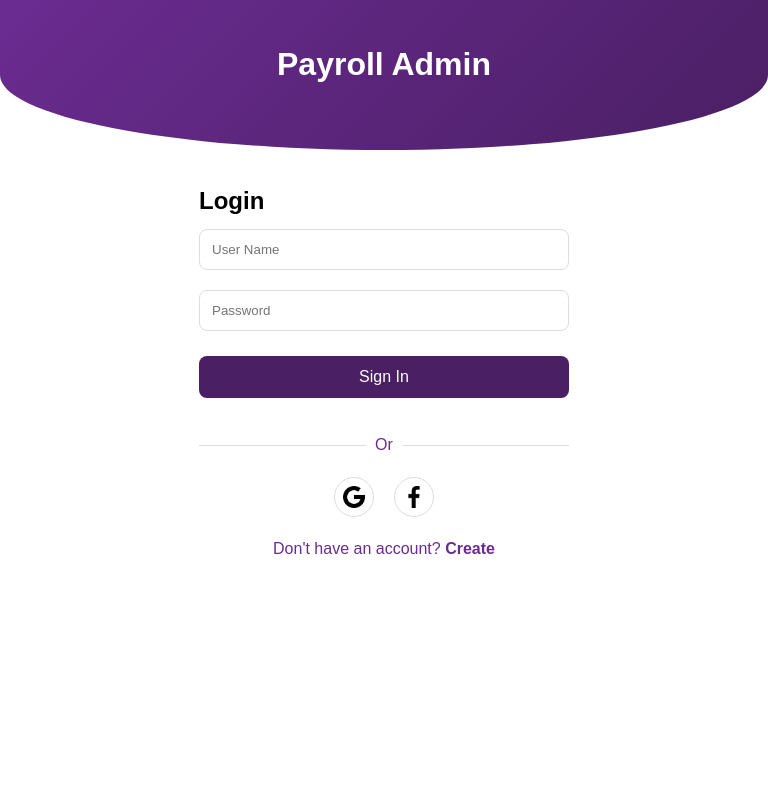
Repository: nino-pixel/payrolllatest
Page: / (app in web_vue/)
An editor plug-in stored every save of this project. The page is shown before and after the next save, followed by the edit.
The browser window is 768 px wide. The pictures show the whole page.
The project was rebuilt for these pictures with package versions that can differ from the ones it lists, and the page was loaded fresh each time. Also part of the build but not shown: web_vue/vite.config.js, web_vue/src/components/sign_up.vue, web_vue/src/components/dashboard.vue, web_vue/src/components/employee_management.vue, web_vue/src/components/attendance_management.vue, web_vue/src/components/generate_payroll.vue, web_vue/src/components/mark_attendance_manually.vue, web_vue/src/components/view_payment_history.vue and 2 more.

Above is the page before, as saved 2024-12-20 09:18:23.

After the next save:
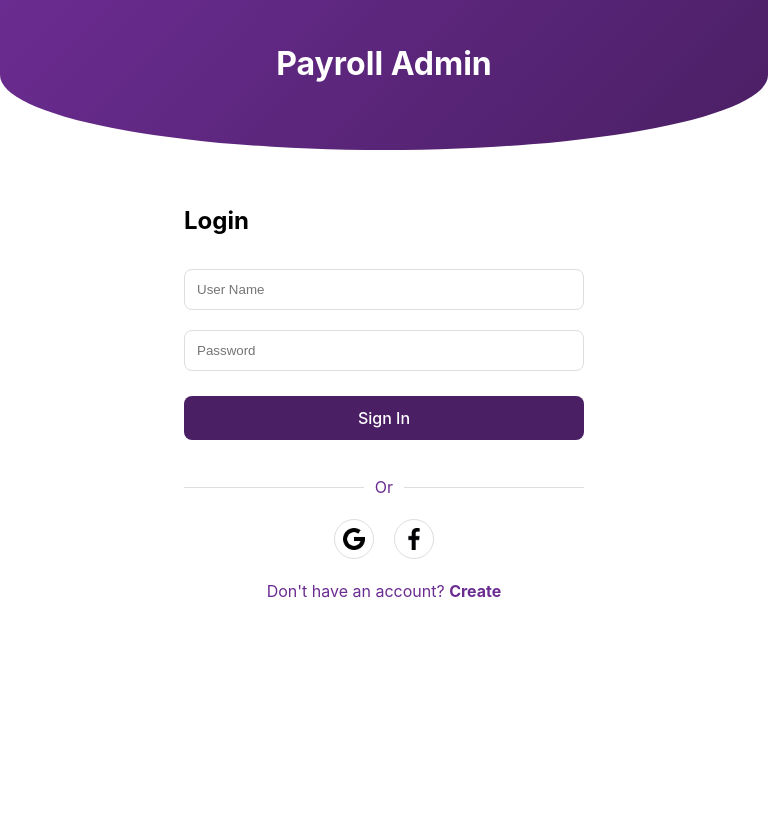
Saved 43 s later.
--- a/web_vue/src/App.vue
+++ b/web_vue/src/App.vue
@@ -22,77 +22,24 @@ export default {
   }
 }
 </script>
+
 <style>
-* {
-  margin: 0;
-  padding: 0;
-  box-sizing: border-box;
-}
-
 #app {
-  font-family: Arial, sans-serif;
-  -webkit-font-smoothing: antialiased;
-  -moz-osx-font-smoothing: grayscale;
   display: flex;
-  min-height: 100vh;
-  background: #f5f5f5;
 }
 
 .main-content {
   flex: 1;
-  min-height: 100vh;
   transition: margin-left 0.3s ease;
 }
 
-/* Add margin when sidebar is present */
 .main-content.with-sidebar {
-  margin-left: 250px; /* Same as sidebar width */
+  margin-left: 250px; /* Match your sidebar width */
 }
 
-/* Responsive adjustments */
 @media (max-width: 768px) {
   .main-content.with-sidebar {
-    margin-left: 60px; /* Same as collapsed sidebar width */
+    margin-left: 60px; /* Match your collapsed sidebar width */
   }
 }
-
-/* Global styles for consistent look */
-button {
-  cursor: pointer;
-}
-
-input, button {
-  font-family: inherit;
-}
-
-/* Transition effects */
-.fade-enter-active, .fade-leave-active {
-  transition: opacity 0.3s;
-}
-.fade-enter, .fade-leave-to {
-  opacity: 0;
-}
-
-/* Optional: Add scrollbar styling */
-::-webkit-scrollbar {
-  width: 8px;
-}
-
-::-webkit-scrollbar-track {
-  background: #f1f1f1;
-}
-
-::-webkit-scrollbar-thumb {
-  background: #888;
-  border-radius: 4px;
-}
-
-::-webkit-scrollbar-thumb:hover {
-  background: #555;
-}
-
-.router-view {
-  margin-left: v-bind('showSidebar ? "250px" : "0"');
-  width: 100%;
-}
 </style>
